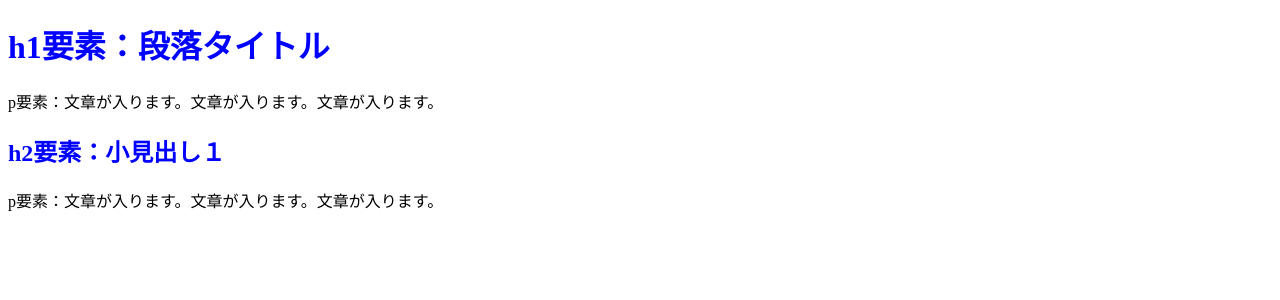
Repository: sachiko23/samurai_HTML-CSS
Page: index.html
The author's editor kept a record of every edit. The page is drawn from the files as they stood at one moment, then again after the next edit.
The browser window is 1280 px wide. The pictures show the whole page.

Above is the page before.

### index.html
<!DOCTYPE html>
<html lang="ja">
    <head>
        <meta charset="UTF-8">
        <title>HTML/CSSの学習</title>
        <style>#red{color: red;}.blue{color: blue;}</style>
    </head>
    <body>
        <h1 class="blue">h1要素：段落タイトル</h1>
        <p>p要素：文章が入ります。文章が入ります。文章が入ります。</p>
        <h2 class="blue">h2要素：小見出し１</h2>
        <p class="fs-25">p要素：文章が入ります。文章が入ります。文章が入ります。</p>
　　</body>
</html>

After the next edit:
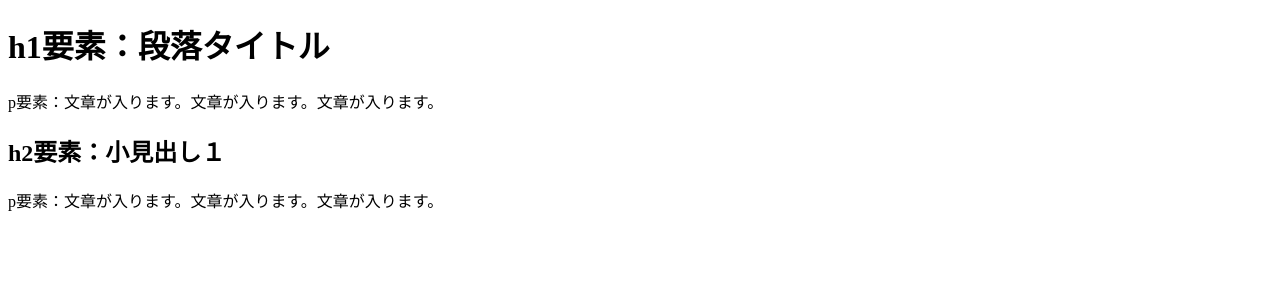
The edit:
--- a/index.html
+++ b/index.html
@@ -3,7 +3,6 @@
     <head>
         <meta charset="UTF-8">
         <title>HTML/CSSの学習</title>
-        <style>#red{color: red;}.blue{color: blue;}</style>
     </head>
     <body>
         <h1 class="blue">h1要素：段落タイトル</h1>
